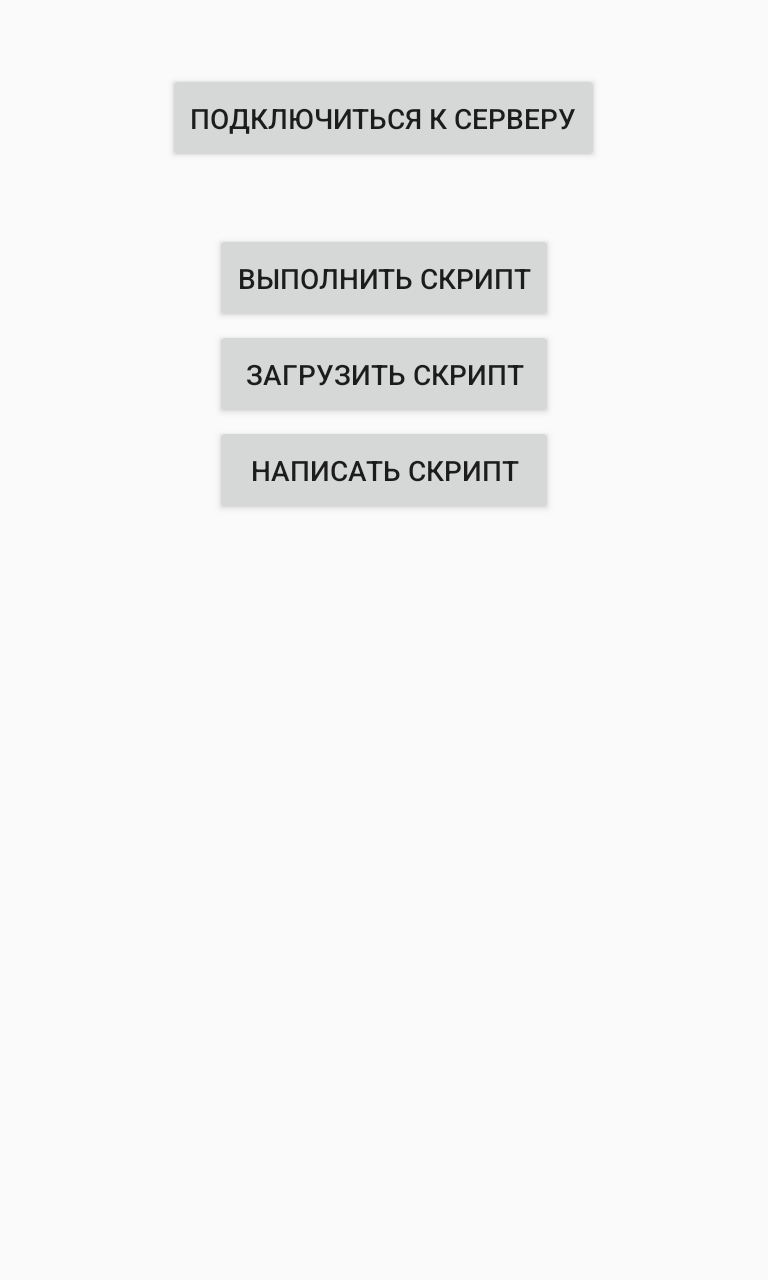
Repository: Laboratory711/Nightjar
Layout: android/Nightjar/workspace/Nightjar/res/layout/fragment_lab1.xml
The author's editor kept a copy of each file at every save. The layout is drawn from the files as they stood at one save, then again after the next save.
It is drawn on a 768 x 1280 px phone screen (xhdpi) without system bars, with theme AppTheme; the app's code is not run.

Above is the layout before, as saved 2014-03-27 01:17:26.

### android/Nightjar/workspace/Nightjar/res/layout/fragment_lab1.xml
<RelativeLayout xmlns:android="http://schemas.android.com/apk/res/android"
    xmlns:tools="http://schemas.android.com/tools"
    android:layout_width="match_parent"
    android:layout_height="match_parent"
    android:paddingBottom="@dimen/activity_vertical_margin"
    android:paddingLeft="@dimen/activity_horizontal_margin"
    android:paddingRight="@dimen/activity_horizontal_margin"
    android:paddingTop="@dimen/activity_vertical_margin"
    tools:context="ru.vint.labsoo.Lab1$PlaceholderFragment" >

    <Button
        android:id="@+id/button3"
        android:layout_width="wrap_content"
        android:layout_height="wrap_content"
        android:layout_alignLeft="@+id/button2"
        android:layout_alignRight="@+id/button2"
        android:layout_below="@+id/button2"
        android:text="@string/text_buttom3_Name" />

    <Button
        android:id="@+id/button4"
        android:layout_width="wrap_content"
        android:layout_height="wrap_content"
        android:layout_alignLeft="@+id/button3"
        android:layout_alignRight="@+id/button3"
        android:layout_below="@+id/button3"
        android:text="@string/text_buttom4_Name" />

    <Button
        android:id="@+id/button1"
        android:layout_width="wrap_content"
        android:layout_height="wrap_content"
        android:layout_below="@+id/textView2"
        android:layout_centerHorizontal="true"
        android:onClick="onClickButtom1"
        android:text="@string/text_buttom_Name" />

    <Button
        android:id="@+id/button2"
        android:layout_width="wrap_content"
        android:layout_height="wrap_content"
        android:layout_below="@+id/button1"
        android:layout_centerHorizontal="true"
        android:layout_marginTop="32dp"
        android:text="@string/text_buttom2_Name" />

    <TextView
        android:id="@+id/textView2"
        android:layout_width="wrap_content"
        android:layout_height="wrap_content"
        android:layout_alignParentTop="true"
        android:layout_centerHorizontal="true"
        android:text="@string/TV_text" />

</RelativeLayout>

### android/Nightjar/workspace/Nightjar/res/values/strings.xml
<?xml version="1.0" encoding="utf-8"?>
<resources xmlns:android="http://schemas.android.com/apk/res/android">

    <string name="app_name">LabSOO</string>
    <string name="hello_world">Hello world!</string>
    <string name="action_settings">Настройки</string>
    <string android:layout_width="wrap_content" android:id="@+id/string1" android:layout_height="wrap_content" name="text_IP">IP Адрес сервера</string>
    <string android:id="@+id/string2" android:layout_height="wrap_content" android:layout_width="wrap_content" name="text_Port">Адрес порта</string>
    <string android:id="@+id/string3" android:layout_height="wrap_content" android:layout_width="wrap_content" name="text_buttom_Name">Подключиться к серверу</string>
    <string android:id="@+id/string4" android:layout_height="wrap_content" android:layout_width="wrap_content" name="TV_text"></string>
    <string android:id="@+id/string5" android:layout_height="wrap_content" android:layout_width="wrap_content" name="text_pref_app">Приложение написано группой студентов.</string>
	<string android:id="@+id/string6" android:layout_height="wrap_content" android:layout_width="wrap_content" name="text_buttom2_Name">Выполнить скрипт</string>
	<string android:id="@+id/string7" android:layout_height="wrap_content" android:layout_width="wrap_content" name="text_buttom3_Name">Загрузить скрипт</string>
	<string android:id="@+id/string8" android:layout_height="wrap_content" android:layout_width="wrap_content" name="text_buttom4_Name">Написать скрипт</string>
	<string name="pref_IP">IP_adres</string>
	<string name="pref_App">App</string>
	<string name="pref_Port">Prot</string>
</resources>

Loaded but not shown: android/Nightjar/workspace/Nightjar/res/values/styles.xml (common file); android/Nightjar/workspace/Nightjar/res/values-v11/styles.xml (common file); android/Nightjar/workspace/Nightjar/res/values-v14/styles.xml (common file); android/Nightjar/workspace/Nightjar/res/values/dimens.xml (common file); android/Nightjar/workspace/Nightjar/res/values-w820dp/dimens.xml (common file)

After the next save:
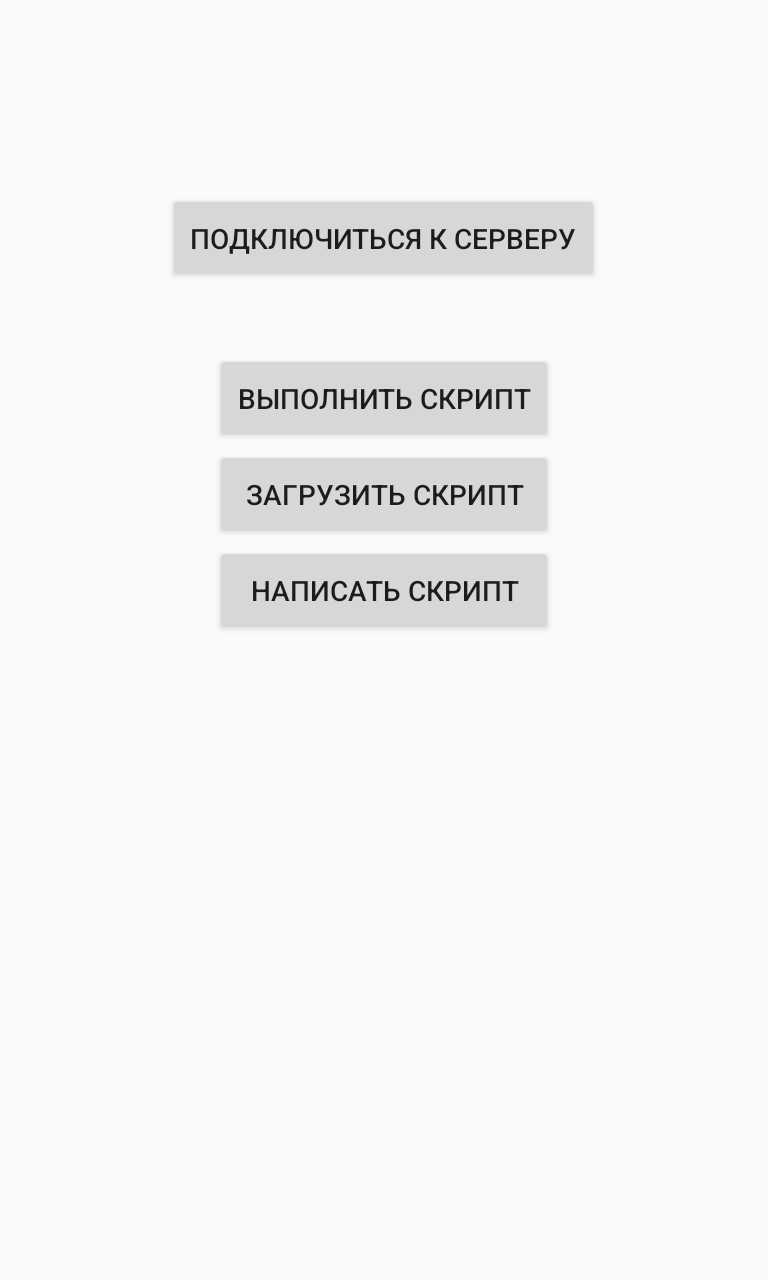
Saved 69 s later.
--- a/android/Nightjar/workspace/Nightjar/res/layout/fragment_lab1.xml
+++ b/android/Nightjar/workspace/Nightjar/res/layout/fragment_lab1.xml
@@ -50,6 +50,7 @@
         android:layout_height="wrap_content"
         android:layout_alignParentTop="true"
         android:layout_centerHorizontal="true"
+        android:layout_marginTop="60dp"
         android:text="@string/TV_text" />
 
 </RelativeLayout>
